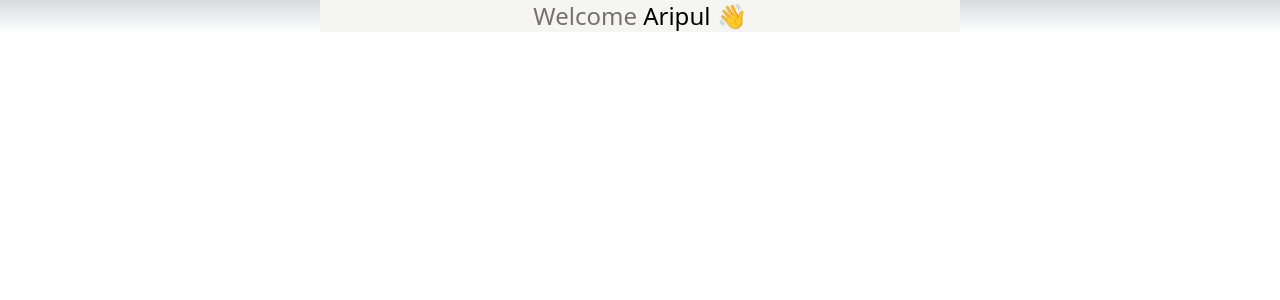
Repository: mehedi9465/nextapp
Page: /Dashboard
An editor plug-in stored every save of this project. The page is shown before and after a run of saves, followed by the edit.
The browser window is 1280 px wide. The pictures show the whole page.
The project was rebuilt for these pictures with package versions that can differ from the ones it lists, and the page was loaded fresh each time. The framework's server and built-in components were replaced by stand-ins that run in the browser. Also part of the build but not shown: next.config.js, Components/Navbar.js.

Above is the page before, as saved 2023-03-04 14:53:47.

### pages/Dashboard/index.js
import Navbar from "@/Components/Navbar";
import Link from "next/link";
import React from "react";

const index = () => {
  return (
    <>
      {/* <Navbar></Navbar> */}

      <div className="max-w-screen-sm mx-auto bg-stone-100 text-black">
        <div className="flex justify-center">
          <p className="text-2xl">
            <span className="text-stone-500">Welcome</span> Aripul 👋
          </p>
        </div>
        <div></div>
        <div></div>
      </div>
    </>
  );
};

export default index;

Loaded but not shown: pages/_app.js (common file); pages/_document.js (common file); styles/globals.css (common file); tailwind.config.js (common file)

After the next 2 saves:
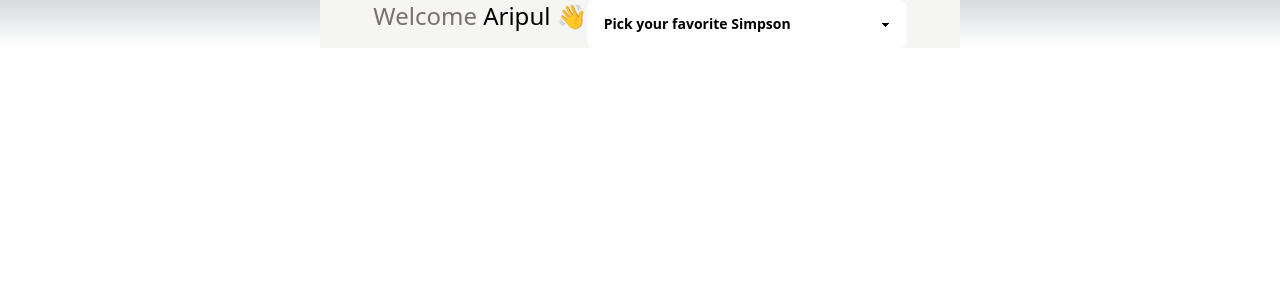
The 2 saves are shown as one change because they came seconds apart.
The last was saved 82 s later.
--- a/pages/Dashboard/index.js
+++ b/pages/Dashboard/index.js
@@ -12,6 +12,16 @@ const index = () => {
           <p className="text-2xl">
             <span className="text-stone-500">Welcome</span> Aripul 👋
           </p>
+          <select className="select w-full max-w-xs">
+            <option disabled selected>
+              Pick your favorite Simpson
+            </option>
+            <option>Homer</option>
+            <option>Marge</option>
+            <option>Bart</option>
+            <option>Lisa</option>
+            <option>Maggie</option>
+          </select>
         </div>
         <div></div>
         <div></div>
